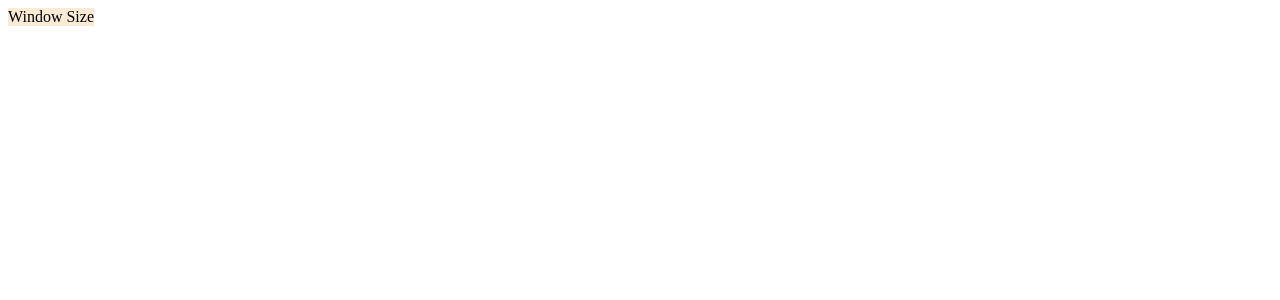
Repository: sephinejo/frontend-browser-101
Page: browser/window_size.html
The author's editor kept a copy of each file at every save. The page is drawn from the files as they stood at one save, then again after the next save.
The browser window is 1280 px wide. The pictures show the whole page.

Above is the page before, as saved 2023-05-10 12:12:22.

After the next save:
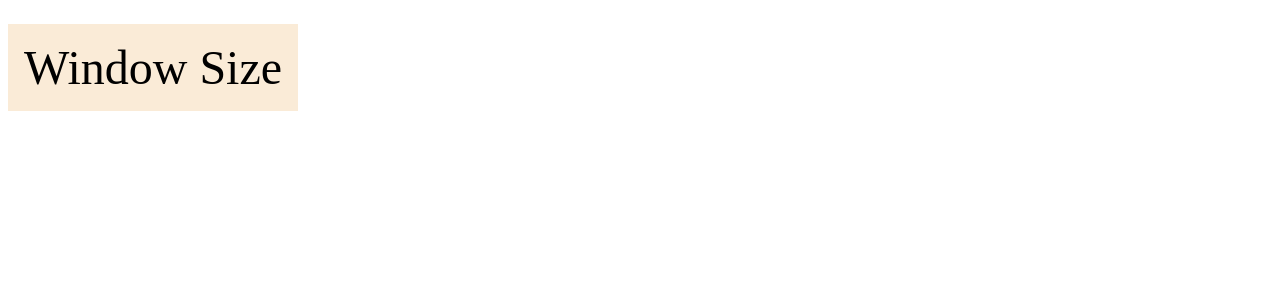
Saved 21 s later.
--- a/browser/window_size.html
+++ b/browser/window_size.html
@@ -9,6 +9,9 @@
       .tag {
         display: inline-block;
         background-color: antiquewhite;
+        padding: 16px;
+        margin-top: 16px;
+        font-size: 48px;
       }
     </style>
   </head>
